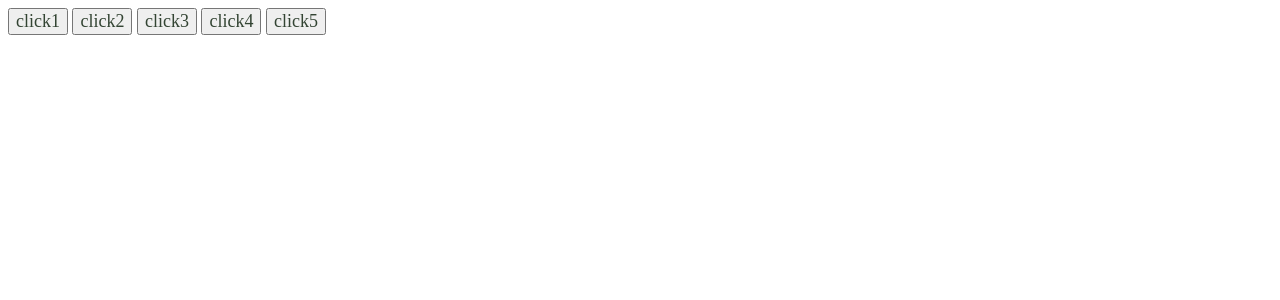
Repository: youngsik0405/Web-study
Page: JsonApp/WebContent/JsonTest09.html
The author's editor kept a copy of each file at every save. The page is drawn from the files as they stood at one save, then again after the next save.
The browser window is 1280 px wide. The pictures show the whole page.

Above is the page before, as saved 2025-02-05 03:30:59.

### JsonApp/WebContent/JsonTest09.html
<!DOCTYPE html>
<html>
<head>
<meta charset="UTF-8">
<title>JsonTest09.html</title>
<link rel="stylesheet" type="text/css" href="css/main.css">
<script type="text/javascript">

	var myJsonObject9 =
	{
		"superman" :
		{
			"name" : "AnSeokChang"
			, "age" : 49
			, "hobby" : ["song", "dance"]
		}

	}


</script>

</head>
<body>


<form>
	<input type="button" value="click1" onclick="alert(typeof myJsonObject9)">
	<!-- object -->

	<input type="button" value="click2" onclick="alert(typeof myJsonObject9.superman)">
	<!-- object -->

	<input type="button" value="click3" onclick="alert(typeof myJsonObject9.superman.name)">
	<!-- string -->

	<input type="button" value="click4" onclick="alert(typeof myJsonObject9.superman.age)">
	<!-- number -->

	<input type="button" value="click5" onclick="alert(typeof myJsonObject9.superman.hobby)">
	<!-- object -->

	<br><br>


	<!-- song -->


</form>

</body>
</html>

### JsonApp/WebContent/css/main.css
@charset "UTF-8";

/* main.css */

*
{
	font-family: 맑은 고딕;
	color: #334433;
}

body, p, div, span, input, table, th, td, select
{
	font-size: 18px;
}

.control
{
	border: 1px solid gray;
	border-radius: 3px;
}

.table
{
	border-collapse: collapse;
	width: 100%;
}

.table th, .table td
{
	border: 1px solid gray;
	border-left: 0px;
	border-right: 0px;
	padding: 3px;
	line-height: 150%;
}

.table th
{
	font-weight: bold;
	background-color: #eeeeee;
}

.btn
{
	font-weight: bold;
}

.btn:hover
{
	color: white;
	background-color: #778877;
}

After the next save:
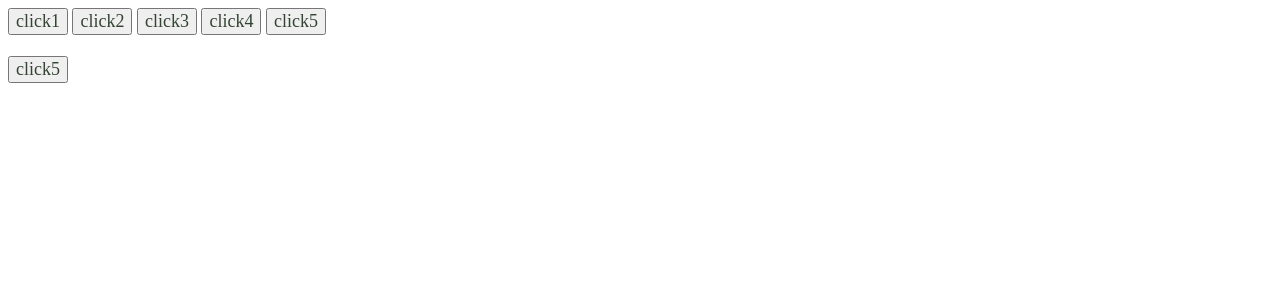
Saved 15 s later.
--- a/JsonApp/WebContent/JsonTest09.html
+++ b/JsonApp/WebContent/JsonTest09.html
@@ -44,6 +44,7 @@
 
 
 	<!-- song -->
+	<input type="button" value="click5" onclick="alert(typeof myJsonObject9.superman.hobby[0])">
 
 
 </form>
